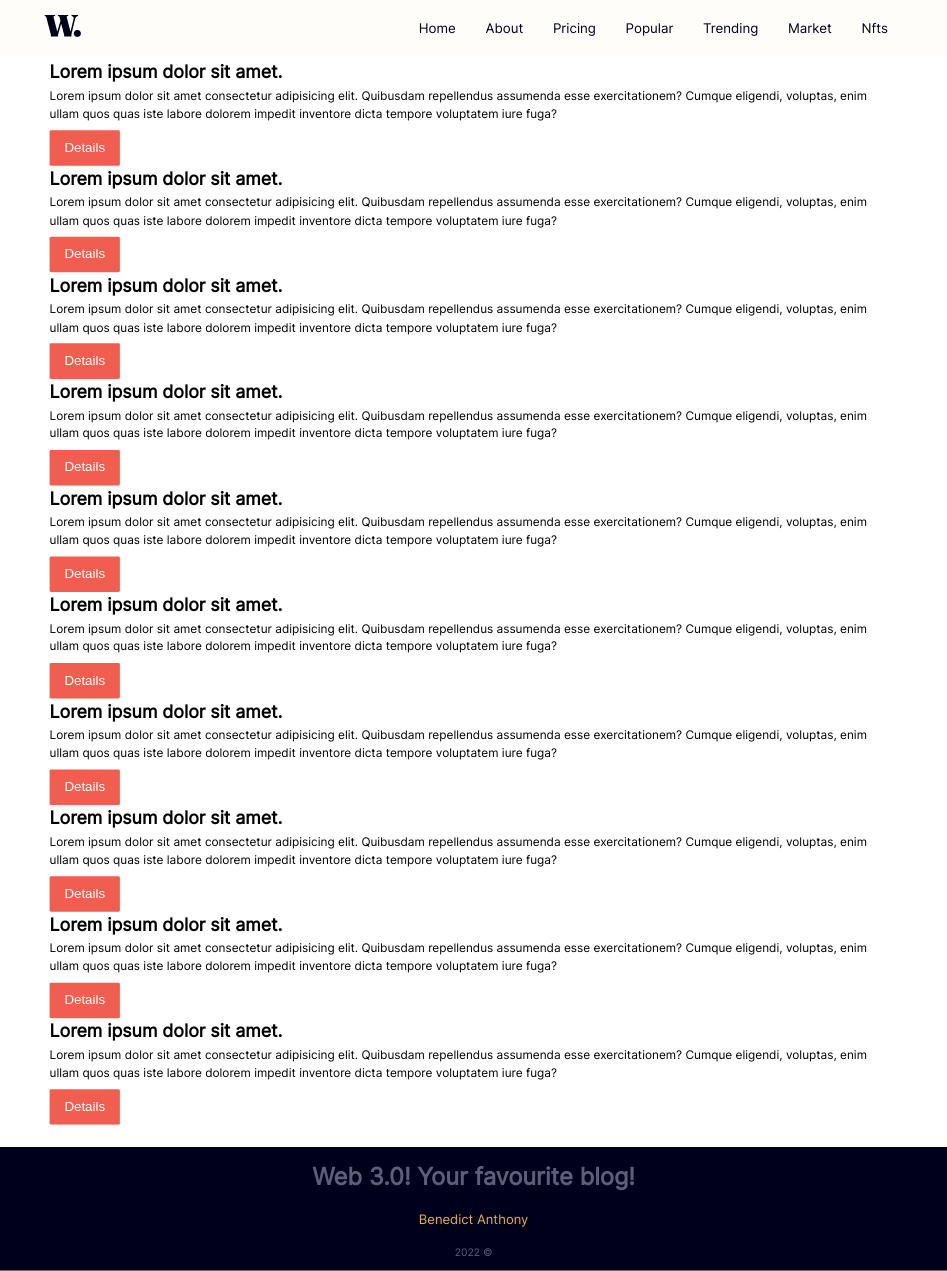
Repository: Benedict-Anthony/web3.0-blog-chain
Page: /market
The author's editor kept a copy of each file at every save. The page is drawn from the files as they stood at one save, then again after the next save.
The browser window is 1280 px wide. The pictures show the whole page, at 74% of full size.
The project was rebuilt for these pictures with package versions that can differ from the ones it lists, and the page was loaded fresh each time. The framework's server and built-in components were replaced by stand-ins that run in the browser. Also part of the build but not shown: next.config.js, styles/styles.css.

Above is the page before, as saved 2022-12-22 05:18:56.

### pages/_app.tsx
import '../styles/globals.scss'
import type { AppProps } from 'next/app'
import NavBar from '../components/NavBar'
import "@/styles/styles.css"
import { Footer } from 'components/Footer'
export default function App({ Component, pageProps }: AppProps) {
  return (
    <>
      <NavBar />
      <Component {...pageProps} />
      <Footer/>
    </>
  )
}

### pages/market.tsx
import React from 'react'
import Layout from 'components/Layout';
import Market from 'components/Market';

const market = () => {
  return (
      <Layout title='Web 3.0 | market News' description='market system top news' keyword='crytopcurrency, coin, web 3, news'>
          <section>
              {[1,2,3,4,5,6,7,8,9,0].map((market) => (
                  <Market key={market}/>

              ))}
          </section>
      </Layout>
  )
}

export default market

### styles/globals.scss
:root{
  --SoftOrange: hsl(35, 77%, 62%);
  --SoftRed: hsl(5, 85%, 63%);

  --Red: hsl(0, 78%, 62%);
  --Cyan: hsl(180, 62%, 55%);
  --Orange: hsl(34, 97%, 64%);
  --Blue: hsl(212, 86%, 64%);

  --OffWhite: hsl(36, 100%, 99%);
  --GrayishBlue: hsl(233, 8%, 79%);
  --DarkGrayishBlue: hsl(236, 13%, 42%);
  --VeryDarkBlue: hsl(240, 100%, 5%);
}

@font-face{
  font-family: "Inter";
  src: url("/landing/assets/fonts/static/inter-Bold.ttf");
  src: url("/landing/assets/fonts/static/inter-ExtraBold.ttf");
  src: url("/landing/assets/fonts/static/inter-Regular.ttf");
}

*::after, *::before, *{
  padding: 0;
  margin: 0;
  box-sizing: border-box;
  transition: all .3s ease;
  line-height: 1.54em;
}


ul,li{
  list-style: none;
}

html{
  scroll-behavior: smooth;
}

body{
  font-family: "Inter";
}

.swiper {
    overflow: visible;
}

### components/NavBar.tsx
import React, { useEffect } from 'react'
import {useState} from "react"
import Image from 'next/image'
import Link from 'next/link';
import NavBarStyles from "@/styles/navBar.module.scss";
import { useRouter } from 'next/router';

const NavBar = () => {
  const [mobileActive, setMobileActive] = useState(false)
  const route = useRouter()

  useEffect(() => {
    setMobileActive(false)
  }, [route.pathname])
  return (

        <header className={NavBarStyles.header}>
          <nav className={NavBarStyles.nav}>
               <div className="logo">
                <Image src="/landing/assets/images/logo.svg" alt="" width={50} height={30} />
              </div>

              <ul style={{
                right: mobileActive ? "0" : "calc(100vw + 50px)"
              }}>
                  <li><Link href={"/"}>Home</Link></li>
                  <li><Link href={"/about"}>About</Link></li>
                  <li><Link href={"/pricing"}>Pricing</Link></li>
                  <li><Link href={"/popular"}>Popular</Link></li>
                  <li><Link href={"/trending"}>Trending</Link></li>
                  <li><Link href={"/market"}>Market</Link></li>
                  <li><Link href={"/nft"}>Nfts</Link></li>

              </ul>

                  <div className={NavBarStyles.toggler} onClick={() => setMobileActive(!mobileActive)}>
                      <Image src={`/landing/assets/images/${mobileActive ? "icon-menu-close.svg" : "icon-menu.svg"}`} alt="" width={25} height={20} />
            </div>

         </nav>
    </header>

  )
}

export default NavBar

### components/Footer.tsx
import React from 'react'
import Footerstyles from "@/styles/Footer.module.scss"
export const Footer = () => {
    const year = new Date().getFullYear()
  return (
    <footer className={Footerstyles.footer}>
        <h3>Web 3.0! Your favourite blog!</h3>
          <p>Benedict Anthony</p>
          <div>{ year} &copy;</div>
    </footer>
  )
}

### components/Layout.tsx
import React, { FC } from 'react'
import UtilsStyles from "@/styles/Utils.module.scss";
import {ReactNode} from "react"
import  Head  from 'next/head';

type layoutProps = {
  children: ReactNode,
  title: string
  description: string
  keyword: string
}
const Layout = ({children, title, description, keyword}:layoutProps) => {
  return (
    <>

      <Head>
        <title>{title}</title>
        <meta name='description' content={description} />
        <meta name='keywords' content={keyword} />
    </Head>
    <main className={UtilsStyles.container}>
      <section className={UtilsStyles.spaceY}>
        {children}
      </section>
      </main>
    </>
  )
}

export default Layout

### components/Market.tsx
import React from 'react'
import Button from './Button'

const Market = () => {
  return (
    <article>
          <h2>Lorem ipsum dolor sit amet.</h2>
          <p>Lorem ipsum dolor sit amet consectetur adipisicing elit. Quibusdam repellendus assumenda esse exercitationem? Cumque eligendi, voluptas, enim ullam quos quas iste labore dolorem impedit inventore dicta tempore voluptatem iure fuga?</p>
          <Button title='Details'/>
    </article>
  )
}

export default Market

### styles/navBar.module.scss
.header{
    position: fixed;
    top: 0;
    right: 0;
    left: 0;
    // max-width: 1160px;
    margin: 0 auto;
    padding: 20px;
     background-color: var(--OffWhite);
     z-index:10;
    //  box-shadow:  2px 1px 3px var(--DarkGrayishBlue);
}

.nav{
    display: flex;
    justify-content: space-between;
    align-items: center;
     max-width: 1160px;
    margin: 0 auto;

    .logo{
        width: 50px;
    }

    ul{
        display: flex;
        align-items: center;
        justify-content: space-between;

        li{
            margin: 0 20px;

            a{
                text-decoration: none;
                font-size: 18px;
                color: var(--VeryDarkBlue);
                font-family: "Inter";
                font-weight: 400;
                &:hover{
                    color: var(--SoftRed);
                    cursor: pointer;
                }
            }
        }
    }

    @media(max-width:767px) {
        ul{
            position: absolute;
            top: 0;
            width: 80%;
            background-color: var(--OffWhite);
            box-shadow: 2px 2px 3px var(--DarkGrayishBlue);
            height: 100vh;
            flex-flow: column;
            justify-content: center;
            align-items: flex-start;
            padding-left: 10px;

            li{
                margin: 20px 0;

                a{
                    font-size: 22px;
                }
            }

        }


    }
}



.toggler{
        display: none;


        @media(max-width:767px) {
            display: block;
            z-index: 10;
        }
    }

### styles/Footer.module.scss
.footer{
    display: flex;
    align-items: center;
    justify-content: center;
    flex-direction: column;
    gap: 20px;
    padding: 15px 5px;
    color: var(--DarkGrayishBlue);
    background-color: var(--VeryDarkBlue);
    margin-top: 30px;
    text-align: center;

    h3{
        // color:var(--Blue);
        font-size: 2rem;
    }
    p{
        color: var(--SoftOrange);
        font-size: 1.1rem;
    }

    div{
        // color: var(--SoftOrange);
        font-size: 14px;
    }
}

### styles/Utils.module.scss
.container{
    max-width: 1160px;
    margin: 0 auto;
    overflow:hidden;
    padding: 0 7px;
}

.spaceY{
    padding-top: 2.5rem;
    margin-top: 2.5rem;
}

### components/Button.tsx
import React from 'react'
import ButtonbStyles from "@/styles/Button.module.scss"
type ButtonProps = {
    title:string
}
const Button = ({title}: ButtonProps) => {
  return (
    <button className={ButtonbStyles.button}>
      {title}
    </button>
  )
}

export default Button

### styles/Button.module.scss
.button{
    display: inline-block;
    color: var(--OffWhite);
    padding: 10px 20px;
    border: 0;
    background-color: var(--SoftRed);
    margin-top: 10px;
    font-size: 18px;
    border-radius: 2px;
    text-transform: capitalize;

    &:hover{
        cursor: pointer;
        background-color: var(--VeryDarkBlue);
    }
}

### styles/Market.module.scss
.section{
    margin-top: 20px;
    display: grid;
    grid-template-columns: repeat(auto-fit, minmax(20rem, 1fr));
    justify-content: center;
    align-items: center;
    column-gap: 3px;

}

After the next save:
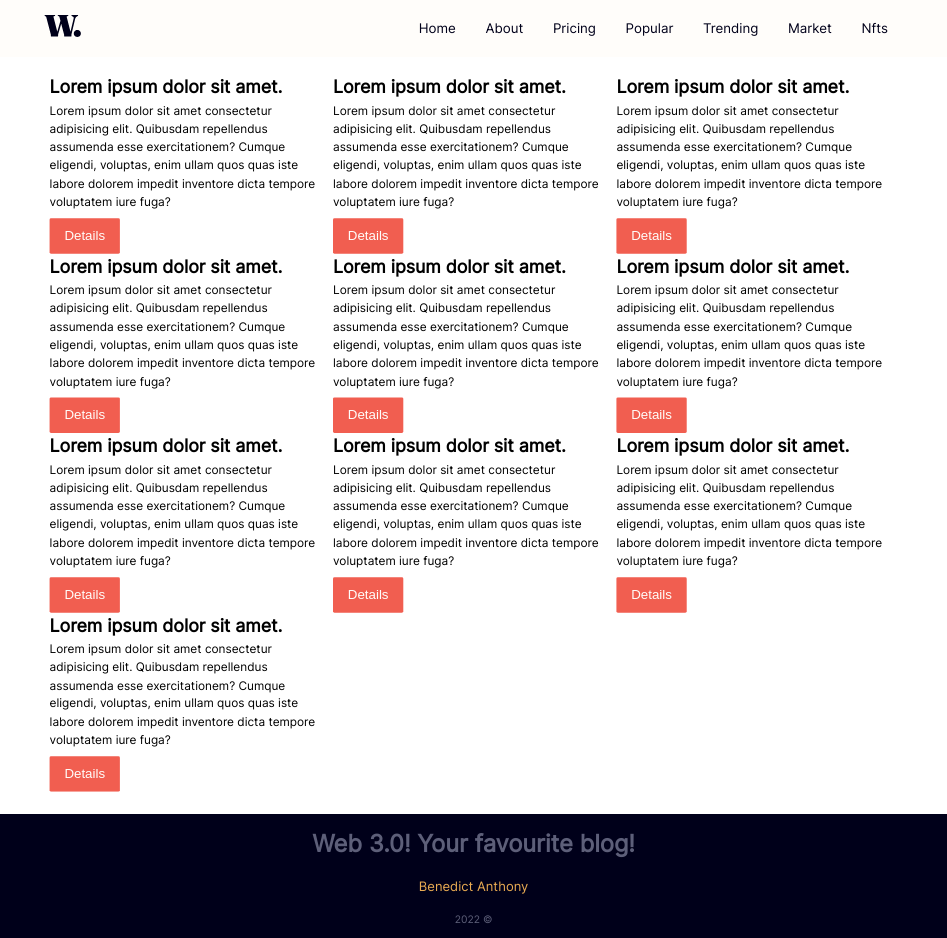
Saved 49 s later.
--- a/pages/market.tsx
+++ b/pages/market.tsx
@@ -1,11 +1,11 @@
 import React from 'react'
 import Layout from 'components/Layout';
 import Market from 'components/Market';
-
+import MarketStyles from "@/styles/Market.module.scss"
 const market = () => {
   return (
       <Layout title='Web 3.0 | market News' description='market system top news' keyword='crytopcurrency, coin, web 3, news'>
-          <section>
+          <section className={MarketStyles.section}>
               {[1,2,3,4,5,6,7,8,9,0].map((market) => (
                   <Market key={market}/>
 
